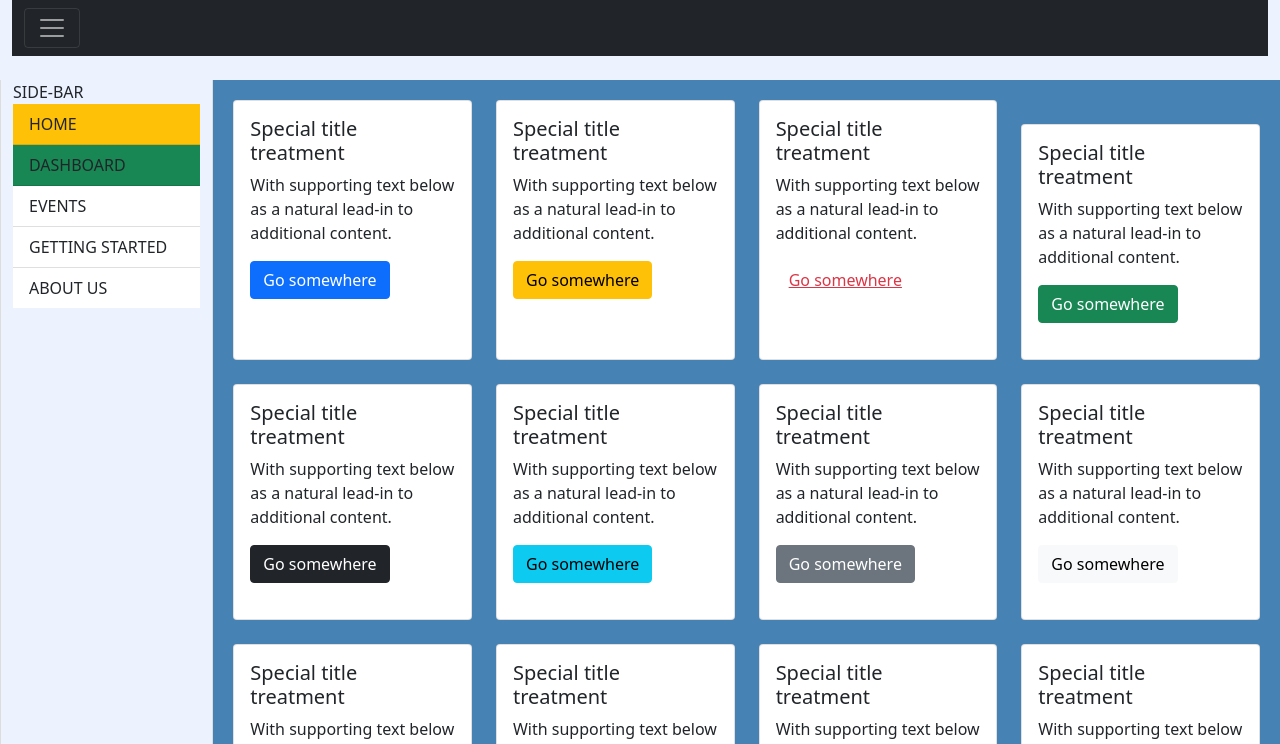
Repository: Dayvid0/BOOTSTRAP-TUTORIALS
Page: cosmos.example.html
The author's editor kept a copy of each file at every save. The page is drawn from the files as they stood at one save, then again after the next save.
The browser window is 1280 px wide. The pictures show the whole page.
An inner scrolling area shows only its first screen.

Above is the page before, as saved 2025-01-29 12:45:50.

After the next save:
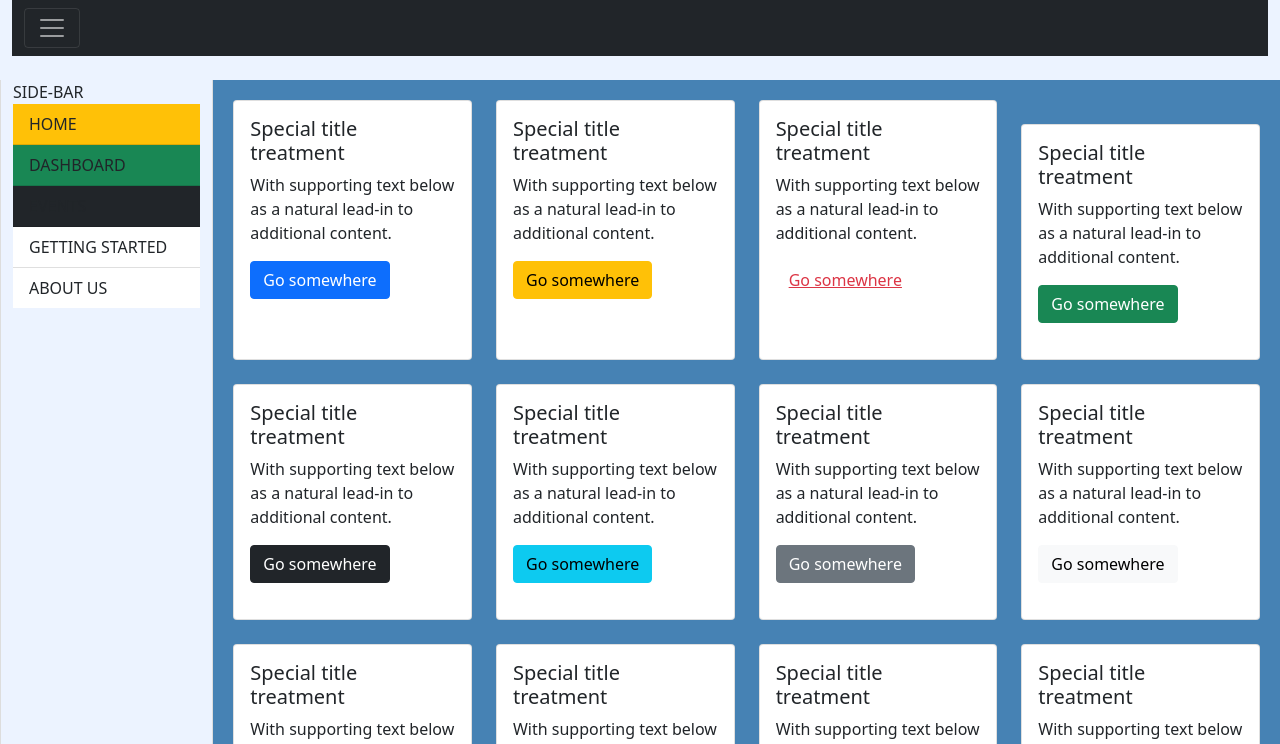
Saved 15 s later.
--- a/cosmos.example.html
+++ b/cosmos.example.html
@@ -57,7 +57,7 @@
           <ul class="list-group list-group-flush">
             <li class="list-group-item bg-warning">HOME</li>
             <li class="list-group-item bg-success">DASHBOARD</li>
-            <li class="list-group-item">EVENTS</li>
+            <li class="list-group-item bg-dark">EVENTS</li>
             <li class="list-group-item">GETTING STARTED</li>
             <li class="list-group-item">ABOUT US</li>
           </ul>
